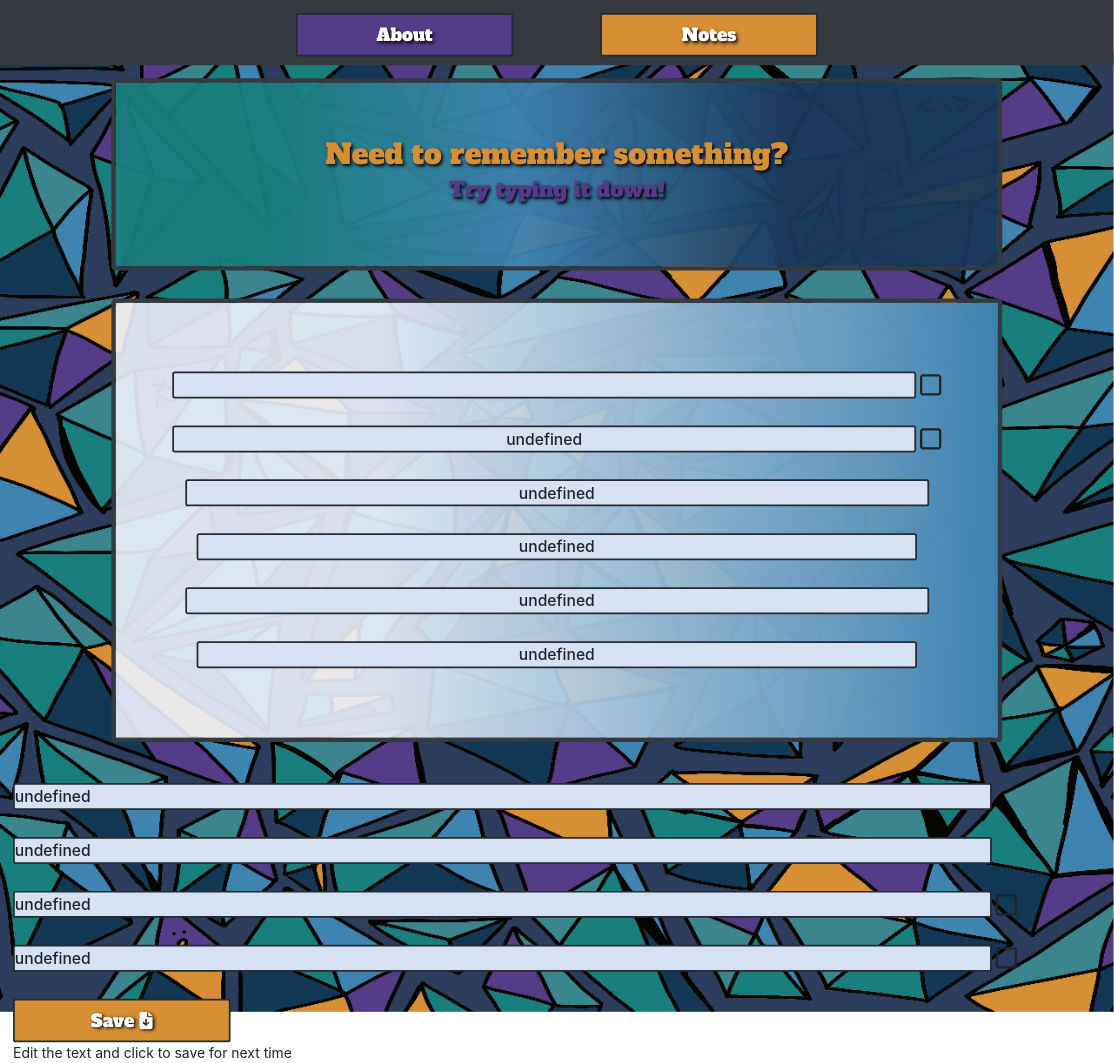
Repository: Kamicoda/Mynote
Page: index.html
The author's editor kept a record of every edit. The page is drawn from the files as they stood at one moment, then again after the next edit.
The browser window is 1280 px wide. The pictures show the whole page, at 87% of full size.
Backgrounds fixed to the window are drawn as part of the page. Some web fonts or font styles are not loaded; a fallback is used. Some web libraries are served in a nearby version.

Above is the page before.

After the next edit:
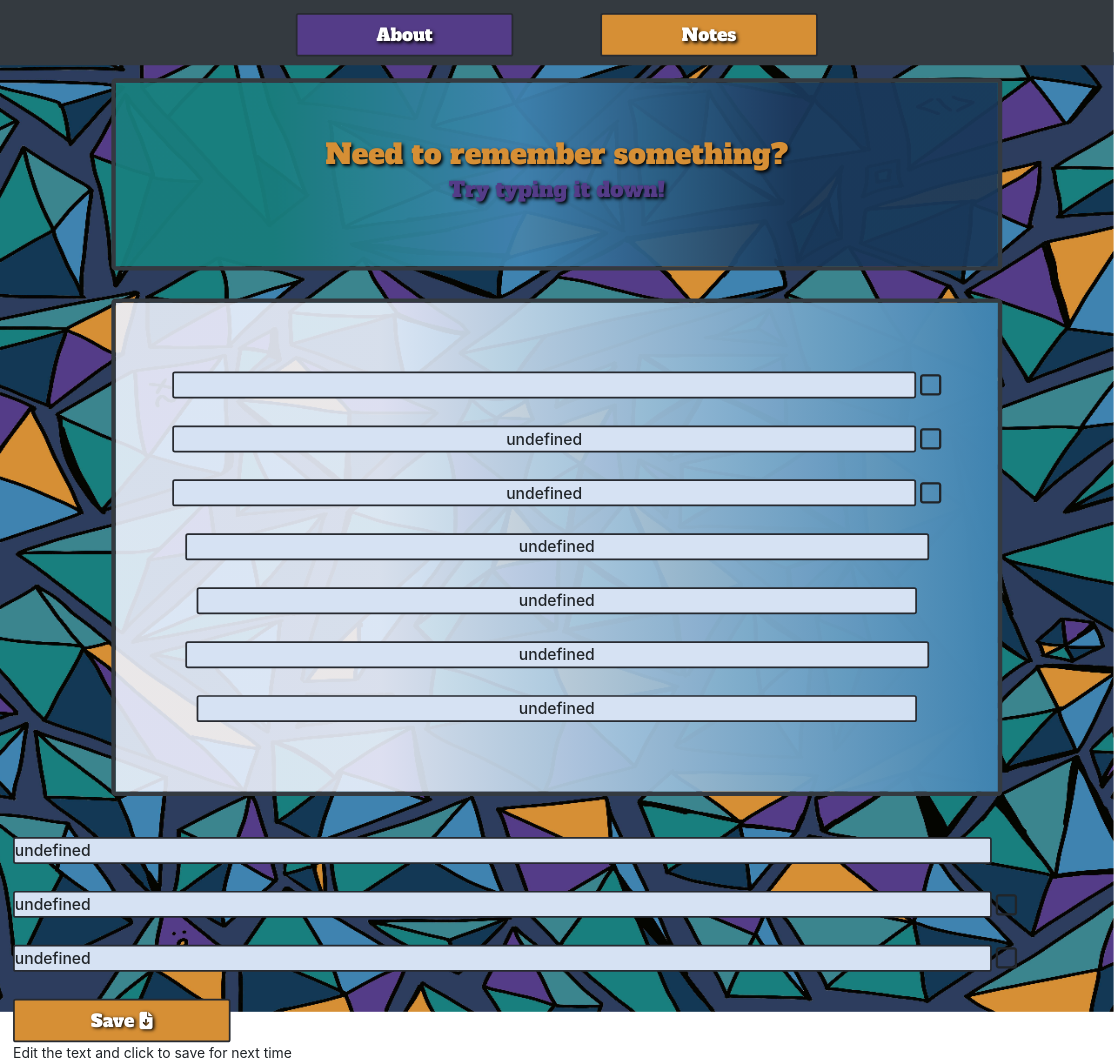
The edit:
--- a/index.html
+++ b/index.html
@@ -107,7 +107,7 @@
                         </div>
 
                         <div class="col-12">
-                            <p id="edit2" contenteditable="true" class="editableP border border-light" placeholder=">Or note 3?</p>
+                            <p id="edit2" contenteditable="true" class="editableP border border-light" placeholder="Or note 3?"></p>
                             <div id="checkBox2" class="checkbox">
                                 <i id="fasquare2" class="far fa-square"></i>
                                 <i id="fabox2" class="far fa-check-square"></i>
